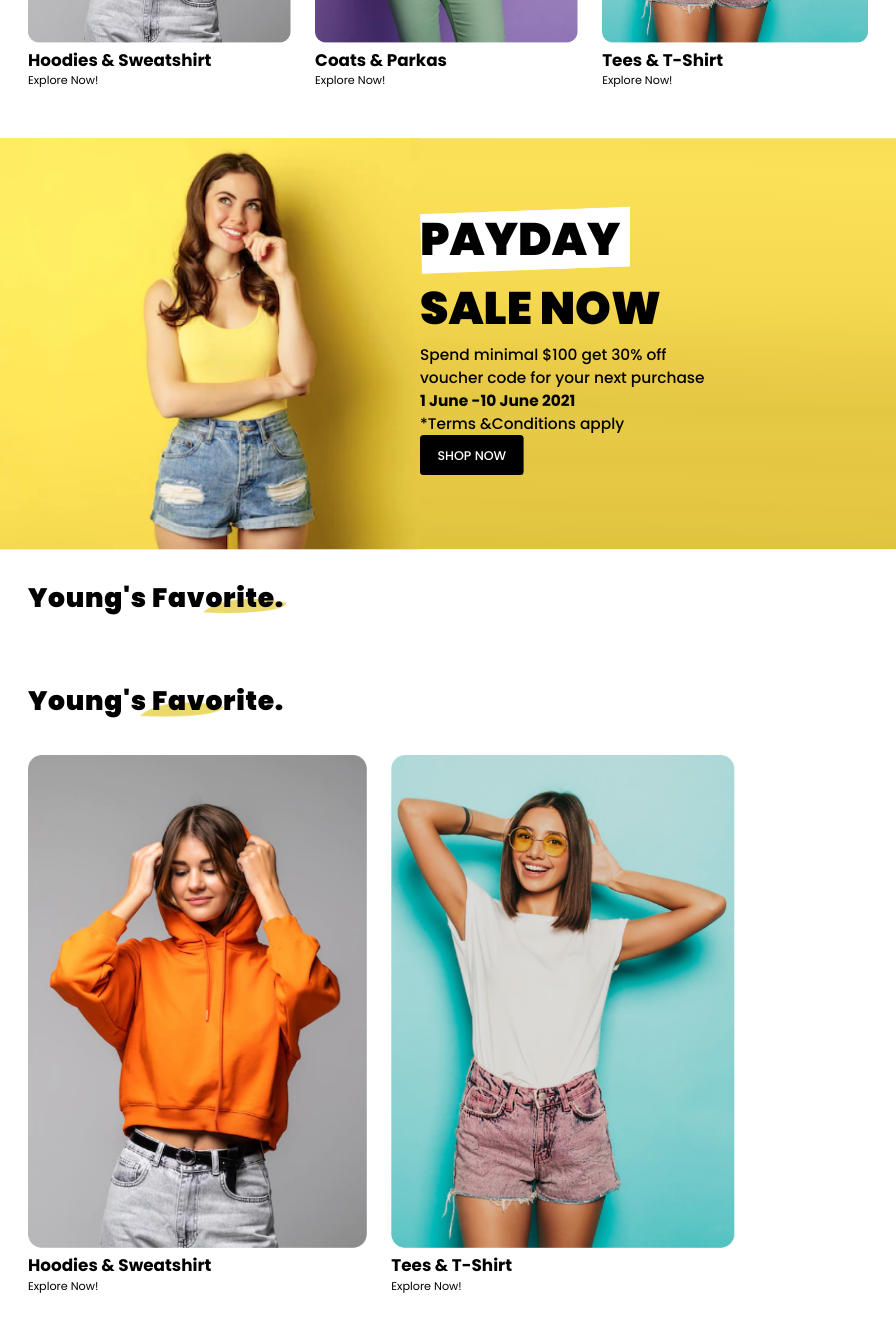
Repository: isaacCodes1/FashionSite
Page: index.html
The author's editor kept a copy of each file at every save. The page is drawn from the files as they stood at one save, then again after the next save.
The browser window is 1280 px wide. The pictures show the part of the page from y = 1491 to 3411 px (the page is 3411 px tall before and 3264 px after), at 70% of full size.

Above is the page before, as saved 2024-03-13 09:27:13.

### index.html
<!DOCTYPE html>
<html lang="en">
  <head>
    <meta charset="UTF-8" />
    <meta name="viewport" content="width=device-width, initial-scale=1.0" />
    <title>Shopping Site Assignment</title>
    <link rel="stylesheet" href="style.css" />
  </head>
  <body>
    <header>
      <nav>
        <div class="image">
          <a href="#"><img src="/Assets/Vector.png" />FASHION</a>
        </div>
        <div class="navItems">
          <ul>
            <li><a href="#">CATALOGUE</a></li>
            <li><a href="#">FASHION</a></li>
            <li><a href="#">FAVORITE</a></li>
            <li><a href="#">LIFESTYLE</a></li>
          </ul>
          <button>SIGN UP</button>
        </div>
      </nav>
    </header>
    <main>
      <section class="firstPageCont">
        <div class="FirstPage">
          <div class="txtCont">
            <h1>
              <span class="spn1">LET'S <br /></span>EXPLORE <br />
              <span class="spn2">UNIQUE <br /></span>CLOTHES.
            </h1>
            <p>Live for Influential and Innovative fashion!</p>
            <div class="txtBtn">
              <img src="/Assets/Vector 9.png" alt="" />
              <button class="btns">Shop Now</button>
            </div>
          </div>
          <div class="imgCont">
            <div class="star1"><img src="/Assets/Star 11.png" alt="" /></div>
            <div class="star2"><img src="/Assets/Star 11.png" alt="" /></div>
            <div class="star3"><img src="/Assets/Star 11.png" alt="" /></div>
            <div class="star4"><img src="/Assets/Star 11.png" alt="" /></div>
            <img src="/Assets/girl.png" alt="" />
          </div>
        </div>
      </section>
      <section class="firstPageFooter">
        <div class="logoCont">
          <img src="/Assets/HM.png" alt="" />
          <img src="/Assets/Obey.png" alt="" />
          <img src="/Assets/Shopify.png" alt="" />
          <img src="/Assets/Lacoste.png" alt="" />
          <img src="/Assets/Levis.png" alt="" />
          <img src="/Assets/Amazon.png" alt="" />
        </div>
      </section>
      <section class="nextPageCont">
        <div class="nextPageText">
          <h1>NEW ARRIVALS</h1>
          <img src="/Assets/Vector 9.png" alt="" />
        </div>
        <div class="prettyImages">
          <div class="Images">
            <div class="prettyImg">
              <img src="/Assets/image1.png" alt="" />
            </div>
            <div class="prettyText">
              <div class="txtIcon">
                <h1>Hoodies & Sweatshirt</h1>
                <p>Explore Now!</p>
              </div>
              <div class="icons"></div>
            </div>
          </div>
          <div class="Images">
            <div class="prettyImg">
              <img src="/Assets/image2.png" alt="" />
            </div>
            <div class="prettyText">
              <div class="txtIcon">
                <h1>Coats & Parkas</h1>
                <p>Explore Now!</p>
              </div>
              <div class="icons"></div>
            </div>
          </div>
          <div class="Images">
            <div class="prettyImg">
              <img src="/Assets/image3.png" alt="" />
            </div>
            <div class="prettyText">
              <div class="txtIcon">
                <h1>Tees & T-Shirt</h1>
                <p>Explore Now!</p>
              </div>
              <div class="icons"></div>
            </div>
          </div>
        </div>
      </section>
      <section class="payDay">
        <div class="genDiv">
          <div class="yellowImg">
            <img src="/Assets/image 12.png" alt="" />
          </div>
          <div class="yellowTxt">
            <h1><span class="spn3">PAYDAY</span>SALE NOW</h1>
            <p>
              Spend minimal $100 get 30% off <br />voucher code for your next
              purchase
            </p>
            <p><strong>1 June -10 June 2021</strong></p>
            <p class="para">*Terms &Conditions apply</p>
            <button class="btn">SHOP NOW</button>
          </div>
        </div>
      </section>
      <section class="nxtSect">
        <div class="nxtSectText">
          <h1>Young's Favorite.</h1>
          <img src="/Assets/Vector 9.png" alt="" />
        </div>
      </section>

      <section class="nextPageCont">
        <div class="nextPageText">
            <h1>Young's Favorite.</h1>
          <img src="/Assets/Vector 9.png" alt="" />
        </div>
        <div class="prettyImages">
          <div class="Images">
            <div class="prettyImg">
              <img src="/Assets/image1.png" alt="" />
            </div>
            <div class="prettyText">
              <div class="txtIcon">
                <h1>Hoodies & Sweatshirt</h1>
                <p>Explore Now!</p>
              </div>
              <div class="icons"></div>
            </div>
          </div>

          <div class="Images">
            <div class="prettyImg">
              <img src="/Assets/image3.png" alt="" />
            </div>
            <div class="prettyText">
              <div class="txtIcon">
                <h1>Tees & T-Shirt</h1>
                <p>Explore Now!</p>
              </div>
              <div class="icons"></div>
            </div>
          </div>
        </div>
      </section>
    </main>
  </body>
</html>

### style.css
@import url("https://fonts.googleapis.com/css2?family=Poppins:ital,wght@0,100;0,200;0,300;0,400;0,500;0,600;0,700;0,800;0,900;1,100;1,200;1,300;1,400;1,500;1,600;1,700;1,800;1,900&display=swap");
* {
  margin: 0;
  padding: 0;
  box-sizing: border-box;
  font-family: "Poppins", sans-serif;
}
nav {
  display: flex;
  align-items: center;
  justify-content: space-between;
  width: 100%;
  padding: 20px 40px;
}
.image a {
  display: flex;
  align-items: center;
  gap: 6px;
  text-decoration: none;
  color: #000;
  font-size: 16px;
  font-weight: 900;
}
.image a img {
  width: 16%;
}
.navItems {
  display: flex;
  gap: 30px;
  align-items: center;
}
.navItems ul {
  display: flex;
  gap: 30px;
  list-style: none;
}
.navItems ul li a {
  text-decoration: none;
  color: #000;
  font-size: 16px;
  font-weight: 500;
}
.navItems ul li:hover {
  transform: scale(1.05);
  transition: 1s ease-in-out;
}
.navItems button {
  border: 0;
  background: #000;
  padding: 10px 20px;
  color: #fff;
  border-radius: 5px;
  font-size: 13px;
}
.navItems button:hover {
  transform: scale(1.05);
  transition: 1s ease-in-out;
  color: #000;
  background: rgb(137, 136, 136);
}
/* firstPageCtn */
.firstPageCont {
  padding: 20px 40px;
}
.FirstPage {
  display: flex;
  flex: 1;
  width: 100%;
  height: 90vh;
  padding: 40px 10px 0px 10px;
  border-radius: 30px;
  background: #f4f6f5;
}
.txtCont {
  display: flex;
  flex: 0.5;
  flex-direction: column;
  gap: 10px;
  padding-left: 40px;
}

.txtCont h1 {
  font-size: 64px;
  font-weight: 900;
  width: 50%;
  line-height: 75px;
}

.txtCont p {
  font-size: 20px;
}
.txtBtn {
  display: flex;
  align-items: center;
  width: 80%;
  margin-top: 10px;
  gap: 10px;
}
.btns {
  border: 0;
  background: #000;
  padding: 10px 20px;
  color: #fff;
  border-radius: 5px;
  font-size: 13px;
}
.btns:hover {
  transform: scale(1.05);
  transition: 1s ease-in-out;
  color: #000;
  background: rgb(137, 136, 136);
}
.txtBtn img {
  width: 100px;
}
.imgCont {
  flex: 0.5;
  display: flex;
  position: relative;
}
.star1 {
  position: absolute;
  top: 5px;
  left: 10px;
}
.star1 img {
  width: 30px;
}
.star2 {
  position: absolute;
  top: 20px;
  left: 450px;
}
.star2 img {
  width: 30px;
}
.star3 {
  position: absolute;
  bottom: 10px;
  left: 70px;
}
.star3 img {
  width: 30px;
}
.star4 {
  position: absolute;
  bottom: 20px;
  left: 400px;
}
.star4 img {
  width: 30px;
}
.spn1 {
  display: flex;
  align-items: center;
  background-image: url(/Assets/rectangle1.png);
  background-size: cover;
  background-repeat: no-repeat;
  width: 100%;
}
.spn2 {
  background-image: url(/Assets/Rectangle2.png);
  background-size: cover;
  background-repeat: no-repeat;
  padding-right: 50px;
}
/* next Page */
.firstPageFooter {
  background: #ebd96b;
  padding: 20px 30px;
  display: flex;
  align-items: center;
  justify-content: center;
}
.logoCont {
  display: flex;
  justify-content: center;
  gap: 50px;
}
.logoCont img {
  width: 7%;
}
.nextPageCont {
  margin-top: 20px;
  padding: 20px 40px;
  display: flex;
  flex-direction: column;
  gap: 50px;
  margin-bottom: 50px;
}
.nextPageText {
  position: relative;
}
.nextPageText h1 {
  font-size: 38px;
  letter-spacing: 1px;
  font-weight: 900;
}
.nextPageText img {
  position: absolute;
  bottom: 5px;
  left: 160px;
  width: 10%;
  z-index: -1;
}
.prettyImages {
  display: flex;
  gap: 35px;
}
.Images {
  /* display: flex; */
  /* flex-direction: column; */
}
.prettyImg img {
  width: 100%;
}
.payDay {
  background: linear-gradient(
    1.32deg,
    #e0c340 0.13%,
    #dfc23e 3.97%,
    #e1c441 7.2%,
    #e3c743 10.13%,
    #e4c542 12.98%,
    #e6c744 15.99%,
    #e7c845 19.52%,
    #e5c643 23.96%,
    #e6c945 30.43%,
    #e3c743 36.49%,
    #e9ca48 42.49%,
    #edce49 49.35%,
    #f0d44c 55.42%,
    #f4d84f 61.43%,
    #f6da52 65.74%,
    #f7db53 72.23%,
    #f9dd55 77.43%,
    #f9df56 83.84%,
    #fae157 91.52%,
    #f9df56 97.87%
  );
}
.yellowTxt {
  flex-direction: column;
  margin-bottom: 10px;
}
.yellowTxt h1 {
  font-size: 65px;
  font-weight: 900;
}
.yellowTxt p {
  font-size: 22px;
  font-weight: 500;
}
.yellowImg img {
  flex: 0.5;
  display: flex;
  width: 600px;
  position: relative;
}

.genDiv {
  display: flex;
  align-items: center;
}
.btn {
  border: 0;
  background: #000;
  padding: 15px 25px;
  color: #fff;
  border-radius: 5px;
  font-size: 18px;
  font-weight: 500;
}
.btn:hover {
  transform: scale(1.05);
  transition: 1s ease-in-out;
  color: #000;
  background: rgb(137, 136, 136);
}
.spn3 {
  display: flex;
  background-image: url(/Assets/rectangle1.png);
  background-size: cover;
  background-repeat: no-repeat;
  width: 300px;
}
.nxtSect {
  margin-top: 20px;
  padding: 20px 40px;
  display: flex;
  flex-direction: column;
  gap: 50px;
  margin-bottom: 50px;
}
.nxtSectText {
  position: relative;
}
.nxtSectText h1 {
  font-size: 38px;
  letter-spacing: 1px;
  font-weight: 900;
}
.nxtSectText img {
  position: absolute;
  bottom: 6px;
  left: 250px;
  width: 10%;
  z-index: -1;
}
.girlsSectn {
  display: flex;
  gap: 30px;
}
.section {
  /* display: flex; */
  flex-direction: column;
}
.girlsImg {
  padding-bottom: 40px;
  display: flex;
  flex-direction: column;
}
.girlsImg img {
  width: 100%;
  /* display: flex; */
}
.girlsImg1 {
  /* margin-left: 500px; */
}
.girlsImg1 img {
  width: 100%;
}
.assetText{
  display: flex;
  flex-direction: column;
}

After the next save:
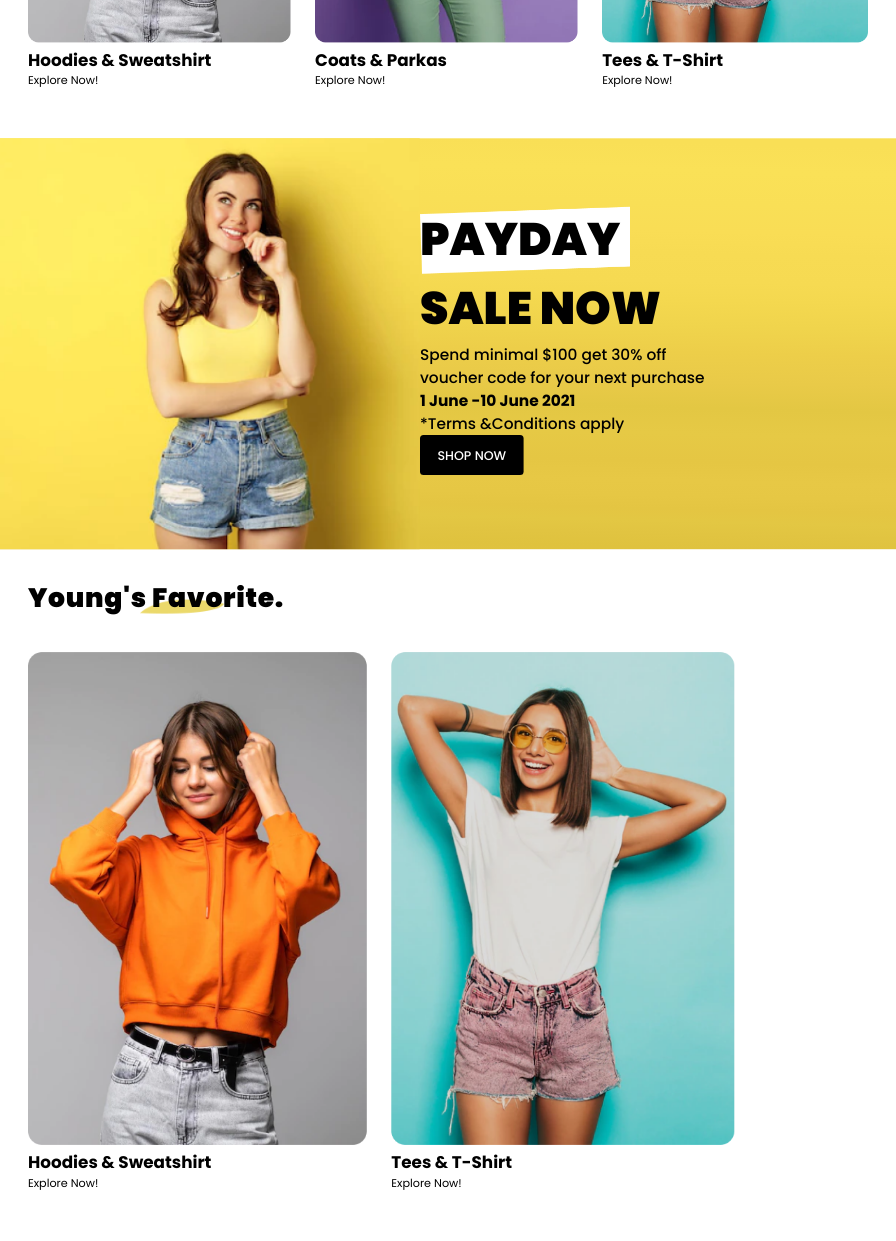
Saved 19 s later.
--- a/index.html
+++ b/index.html
@@ -117,16 +117,10 @@
           </div>
         </div>
       </section>
-      <section class="nxtSect">
-        <div class="nxtSectText">
-          <h1>Young's Favorite.</h1>
-          <img src="/Assets/Vector 9.png" alt="" />
-        </div>
-      </section>
 
       <section class="nextPageCont">
         <div class="nextPageText">
-            <h1>Young's Favorite.</h1>
+          <h1>Young's Favorite.</h1>
           <img src="/Assets/Vector 9.png" alt="" />
         </div>
         <div class="prettyImages">
